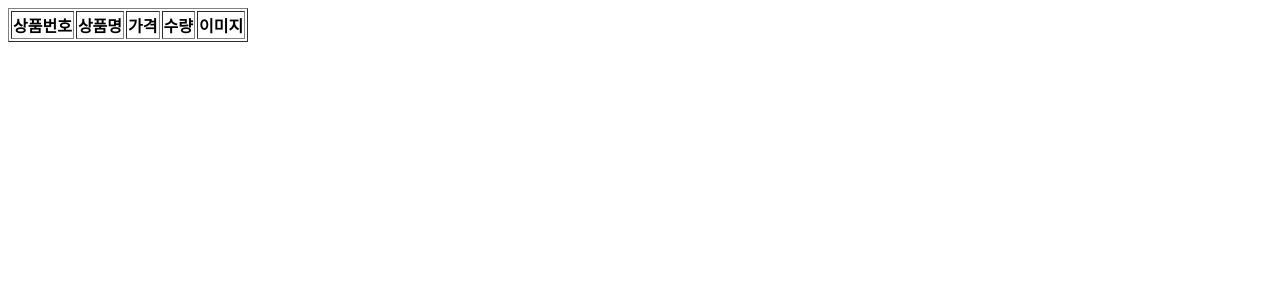
Repository: Jin0207/html_css
Page: http://localhost/day1130/listGoods_db.jsp
These files come from the project's save history. The page is drawn as it stood at one moment and after the next save; the edit follows.
The browser window is 1280 px wide. The pictures show the whole page.
The page is served by Tomcat 9. Queries for data that is not in the repository find no rows.

Above is the page before, as saved 2021-11-30 02:18:19.

After the next save:
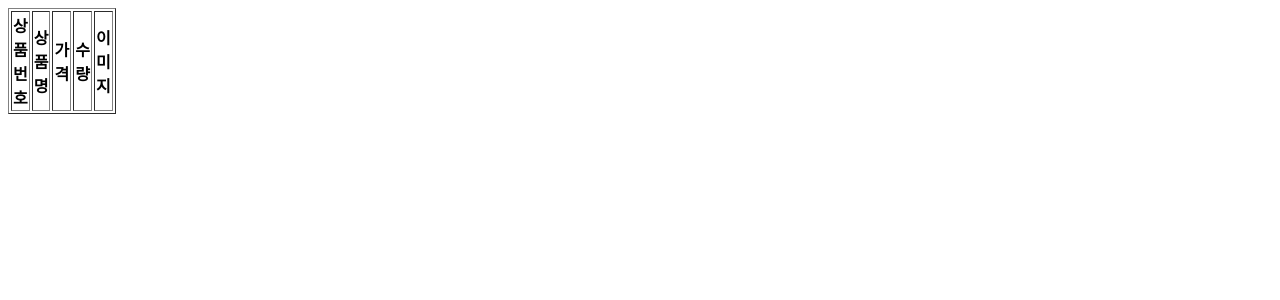
Saved 24 s later.
--- a/day1130/src/main/webapp/listGoods_db.jsp
+++ b/day1130/src/main/webapp/listGoods_db.jsp
@@ -14,7 +14,7 @@
 		GoodsDAO dao = new GoodsDAO();
 		ArrayList<GoodsVO> list = dao.listGoods();
 	%>
-	<table border="1">
+	<table border="1" width="50">
 		<tr>
 			<th>상품번호</th>
 			<th>상품명</th>
